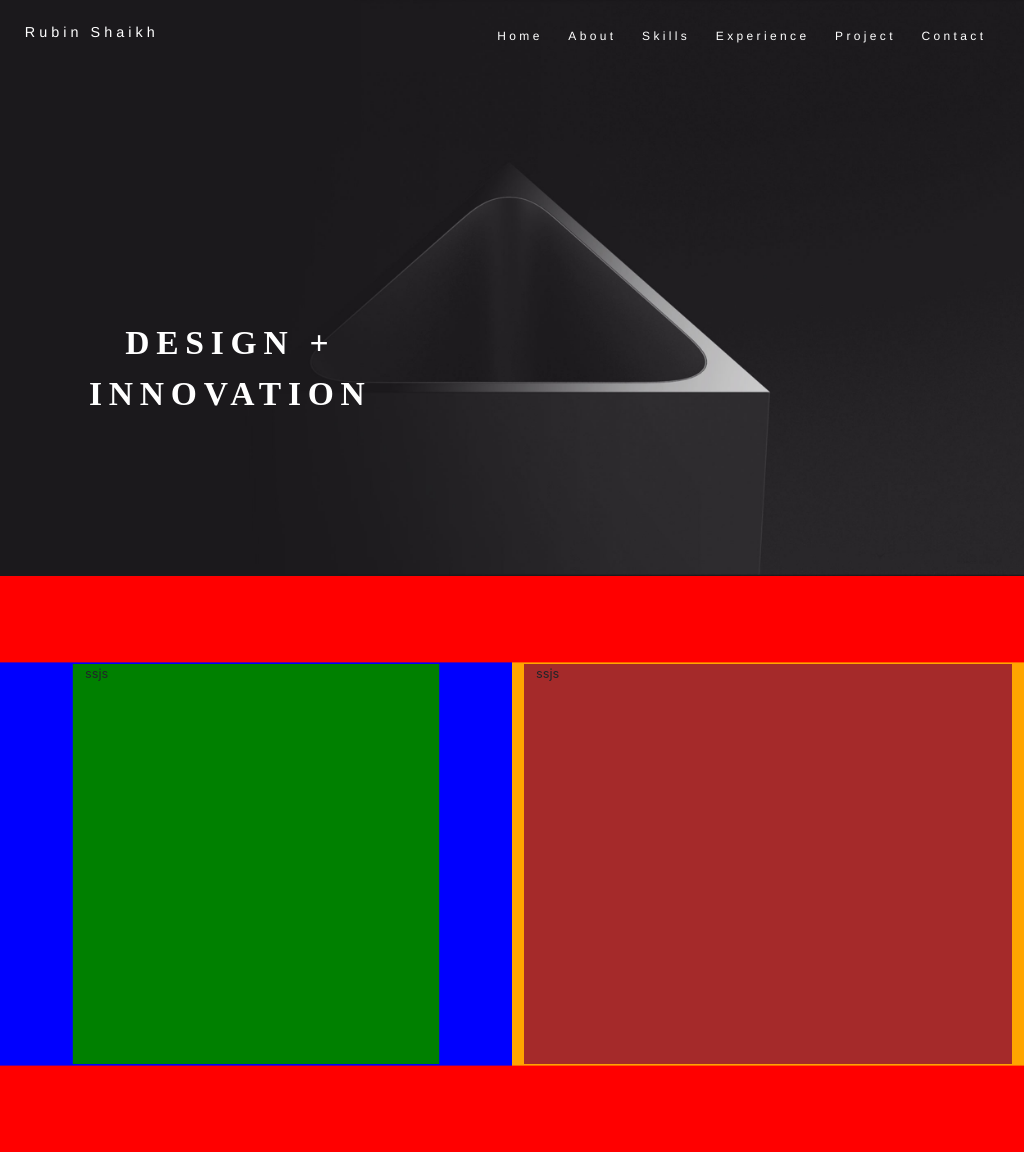
Repository: Rubin78/My-Portfolio
Page: /second
These files come from the project's save history. The page is drawn as it stood at one moment and after a run of saves; the edit follows.
The browser window is 1280 px wide. The pictures show the whole page, at 80% of full size.
The project was rebuilt for these pictures with package versions that can differ from the ones it lists, and the page was loaded fresh each time. Also part of the build but not shown: src/components/First/First.module.css, src/components/First/First.js, src/components/Third.js.

Above is the page before, as saved 2020-07-21 19:47:57.

### src/App.js
import React from 'react';

// import './App.css';

import { BrowserRouter as Router, Switch, Route } from "react-router-dom";
import First from './components/First/First';
import Second from './components/Second';
import Third from './components/Third';
function App() {
  return (
    <Router>
        <div className="App">

          <Switch>
            <Route exact path="/" component={First} />
            <Route exact path="/second" component={Second} />
            <Route exact path="/third" component={Third} />



            <Route render={() => <h2>404 Page Not Found</h2>} />
          </Switch>
        </div>
      </Router>
  );
}

export default App;

### src/components/Second.js
// import React, { Component } from 'react';
// import { Link } from "react-router-dom";
// class Second extends Component {
//     render() {
//         console.log(this.props);
//         return (




//             <div>
//                 <Link to="/third" >Go to the third page</Link>

//         <div>{this.props.location.state}</div>
//             </div>
//         );
//     }
// }

// export default Second;








import React, { useState } from 'react';
import {
  Collapse,
  Navbar,
  NavbarToggler,
  NavbarBrand,
  Nav,
  NavItem,
  NavLink,
  UncontrolledDropdown,
  DropdownToggle,
  DropdownMenu,
  DropdownItem,
  NavbarText
} from 'reactstrap';
import { Container, Row, Col} from 'reactstrap';
import styles  from '../components/Second.css'
import hero1 from '../assests/hero1.jpg';
import { Hidden } from '@material-ui/core';


const Example = (props) => {
  const [isOpen, setIsOpen] = useState(false);

  const toggle = () => setIsOpen(!isOpen);

  return (
<div>
    <Container fluid  className="containerBody2" style={{  backgroundImage:`url(${hero1})`,backgroundColor:'red'}} >
    <div style={{backgroundColor:'transparent',height:90,display:'flex'}}>


      <Navbar color="red" light expand="md"  style={{display:'flex',flex:1,position:'sticky'}} >
        <NavbarBrand href="/"><h4  className="textheader1" >Rubin Shaikh</h4></NavbarBrand>
        <NavbarToggler onClick={toggle} style={{color:'white',backgroundColor:'#F5F5F5'}} />
        <Collapse isOpen={isOpen} navbar >
          <Nav className="mr-auto" navbar>



         </Nav>

         <NavLink  href="/components/"  className="textheader" >Home</NavLink>
         <NavLink href="/components/" className="textheader">About</NavLink>
          <NavLink href="/components/" className="textheader">Skills</NavLink>
          <NavLink href="/components/" className="textheader">Experience</NavLink>
          <NavLink href="/components/" className="textheader">Project</NavLink>
          <NavLink href="/components/" className="textheader">Contact</NavLink>
        </Collapse>
      </Navbar>
    </div>


<Col sm="5"  style={{ display:'flex',flex:1,
alignItems:'space-between',justifyContent:'center',paddingLeft:40,}}>
<div style={{display:'flex',height:450,flexDirection:'column',justifyContent:'flex-end',alignItems:'flex-start',marginBottom:20,}} >

    <div style={{color:'white',fontSize:42,textAlign:'center',fontFamily:"Patua One",fontWeight:"bolder",letterSpacing:'.20em'}} >
    {/* <div style={{color:'#ffffff',fontSize:15,textAlign:"left",letterSpacing:'.1em',paddingLeft:60}}>HELLO,</div> */}

      DESIGN +
   <p style={{paddingBottom:-15}}>INNOVATION</p></div>
    {/* <button onClick={this.submitHandler} >go to second page</button> */}
    </div>
</Col>
    </Container>


<Container fluid  className="container2">
<Row >
        <Col md="6" sm="6" className="container2column" style={{backgroundColor:"blue"}} >

          <Col sm="9" classID="container2insider" style={{backgroundColor:'green',height:500}}>
            ssjs
            </Col>
        </Col>
        <Col md="6" sm="6" className="container2column"  style={{backgroundColor:"orange  "}}>


        <Col sm="12" classID="container2insider" style={{backgroundColor:'brown',height:500}}>
            ssjs
            </Col>
        </Col>



      </Row>
</Container>

    </div>
  );
}

export default Example;

### src/components/Second.css

.containerBody2{



    background-position: center;
    background-size: cover;
    background-repeat: 'no-repeat';
    height: 100vh;
    width: calc(100vw -12px);
    overflow: hidden;
    position: relative;
background-color: black;

}


.container2{

    height: 100vh;
    width: calc(100vw -12px);
    overflow: hidden;
    background-color: red;

position: relative;

align-items: center;
display: flex;
}


.textheader{


  color: white;
  font-size: 15px;
font-family: "Gotham-Medium","Helvetica Neue","sans-serif";
letter-spacing: .28em;
}



.textheader1{


    color: white;
    font-size: 18px;
  font-family: "Gotham-Medium","Helvetica Neue","sans-serif";
  letter-spacing: .28em;
  }




.textcolor{
font-size: 45px;
margin-bottom: 20px;
letter-spacing: -1px;
font-family: "Gotham-Bold","Helvetica Neue",sans-serif;


background-color: red;


}


.container2row{

display: flex;
flex: 1;

justify-content: center;
align-items: center;
height: 100vh;
background-color: blue;

}


.container2column{

    height: 70vh;
    width: 100vw;
    background-color: green;
    display: flex;
    justify-content: center;
    align-items: center;
}

Loaded but not shown: public/index.html (common file); src/index.js (common file); src/index.css (common file); src/serviceWorker.js (common file)

After the next 2 saves:
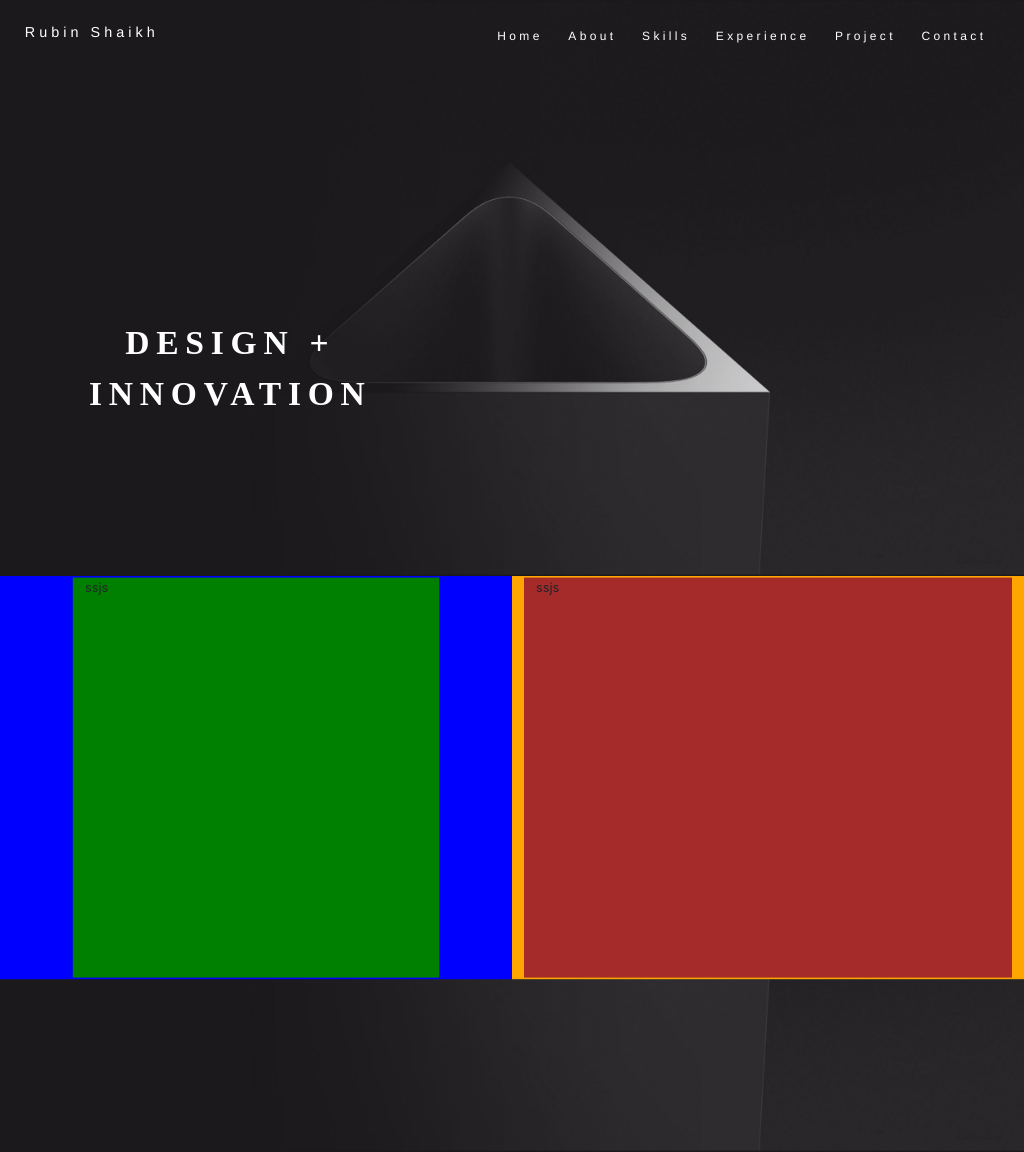
The 2 saves are shown as one change because they came seconds apart.
The last was saved 10 min 41 s later.
--- a/src/components/Second.js
+++ b/src/components/Second.js
@@ -94,7 +94,7 @@
     </Container>
 
 
-<Container fluid  className="container2">
+<Container fluid   className="containerBody2" style={{  backgroundImage:`url(${hero1})`,backgroundColor:'red'}}>
 <Row >
         <Col md="6" sm="6" className="container2column" style={{backgroundColor:"blue"}} >
 
